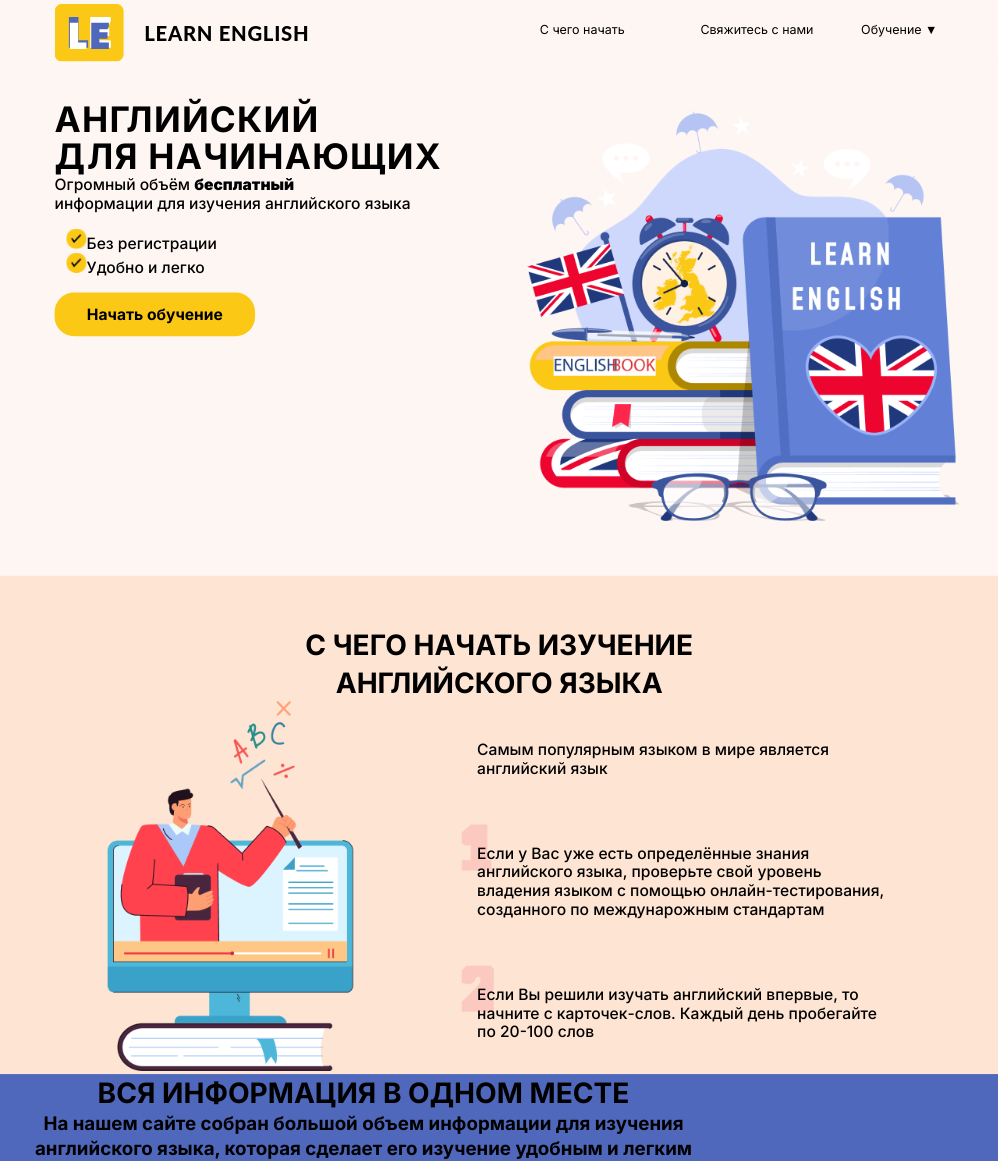
Repository: WladimirVA/Diplom
Page: scool/index.html
The author's editor kept a copy of each file at every save. The page is drawn from the files as they stood at one save, then again after the next save.
The browser window is 1280 px wide. The pictures show the whole page, at 78% of full size.

Above is the page before, as saved 2023-07-06 19:11:17.

After the next save:
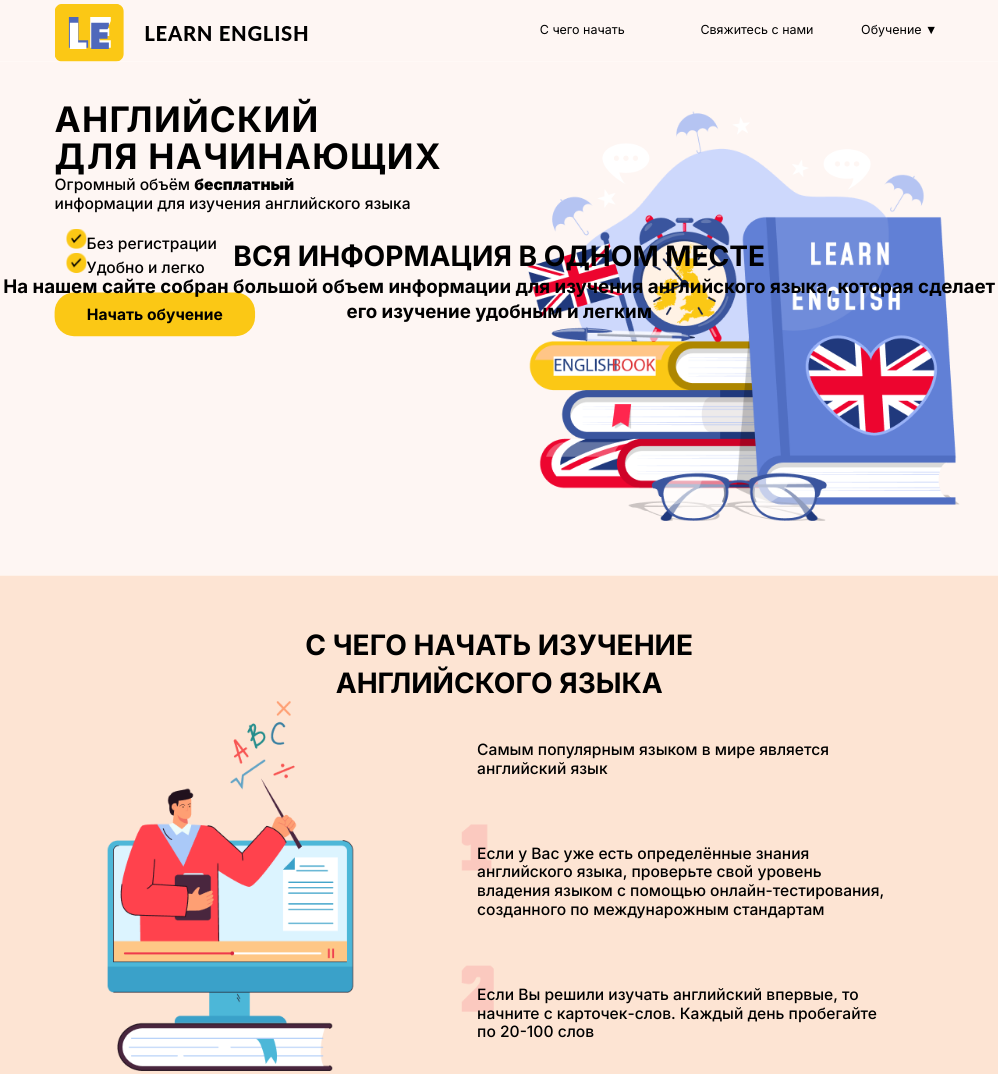
Saved 10 s later.
--- a/scool/css/index.css
+++ b/scool/css/index.css
@@ -240,9 +240,40 @@ ul.ddropdownn .ddropdownn-inside a:hover {/* Цвет фона изменитс
     background: #4F68BB;
 }
 
+/* .information-text {
+    text-align: center;
+    max-width: 932px;
+} */
+
 .information-text {
-    text-align: center;
-    max-width: 932px;
+    width: 100%;
+    height: 100%;
+    position: absolute;
+    top: 0;
+    left: 0;
+    overflow: auto;
+    white-space: nowrap;
+    text-align: center;
+    font-size: 0;
+
+    &::before {
+        height: 100%;
+        display: inline-block;
+        vertical-align: middle;
+        content: '';
+    }
+}
+
+.block {
+    display: inline-block;
+    white-space: normal;
+    vertical-align: middle;
+    text-align: left;
+
+    img {
+        display: block;
+        border: none;
+    }
 }
 
 .content-information h1 {
